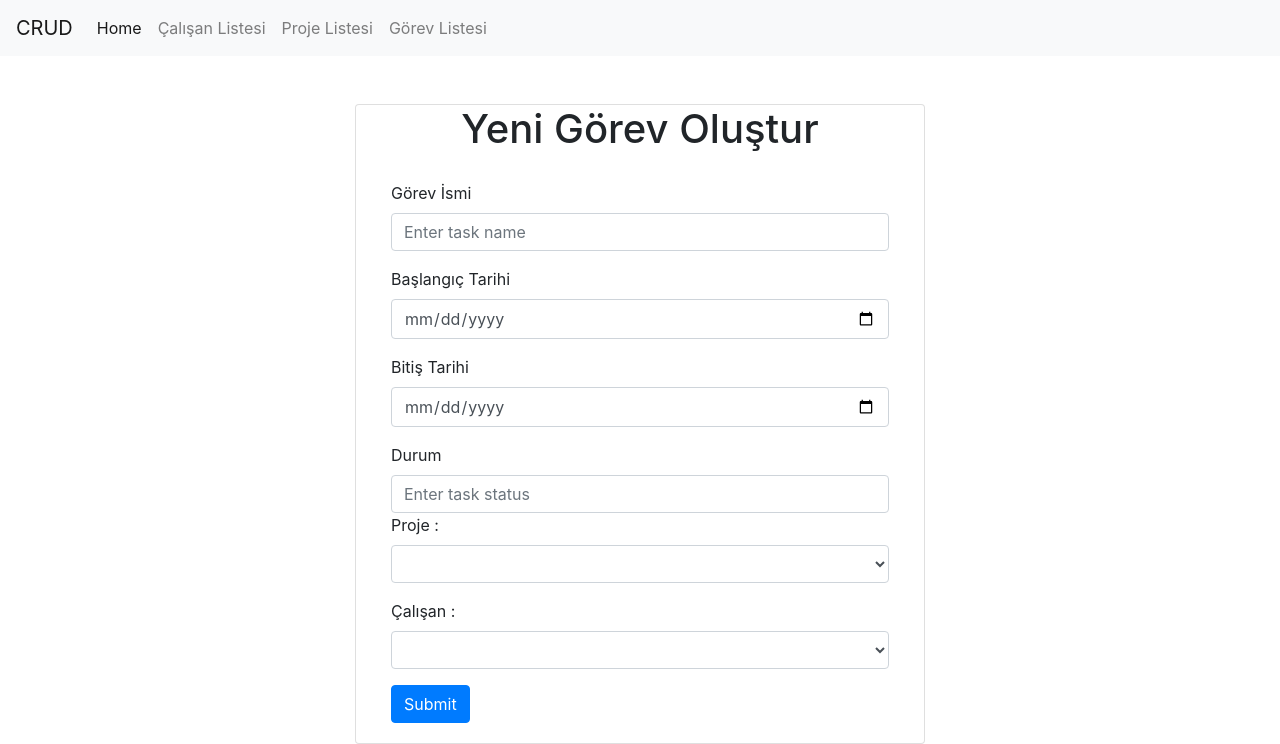
Repository: AhmetOzgul/veri_Taban-_proje
Page: http://localhost/create_task
An editor plug-in stored every save of this project. The page is shown before and after the next save, followed by the edit.
The browser window is 1280 px wide. The pictures show the whole page.
The page is this project's Thymeleaf template; nobody is signed in. The template is opened directly, without the code that normally fills it, so the values that code supplies are empty.

Above is the page before, as saved 2024-01-17 21:01:39.

After the next save:
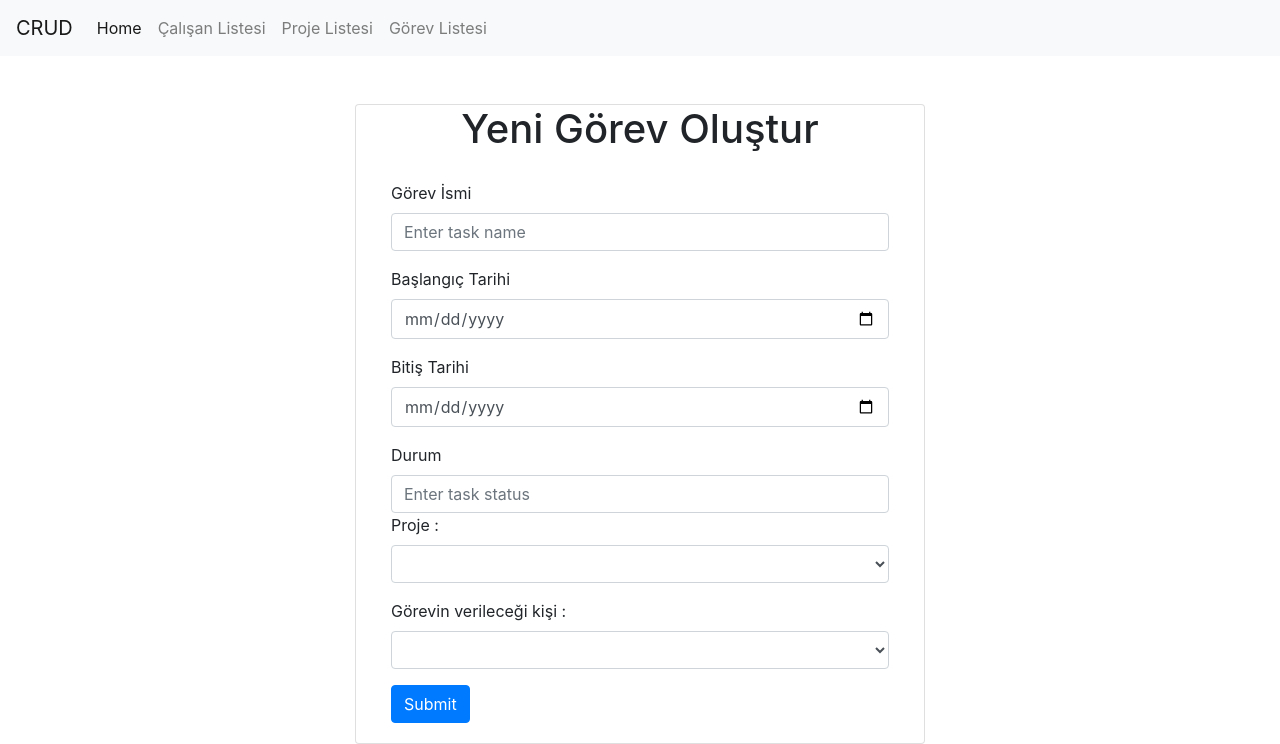
Saved 36 s later.
--- a/vtys2/vtys/src/main/resources/templates/create_task.html
+++ b/vtys2/vtys/src/main/resources/templates/create_task.html
@@ -88,7 +88,7 @@
 							</div>
 
 							<div class="form-group">
-								<label for="user">Çalışan :</label>
+								<label for="user">Görevin verileceği kişi :</label>
 								<select id="user" name="user" class="form-control" required>
 									<option th:each="user : ${user}" th:value="${user.id}" th:text="${user.firstName}"></option>
 								</select>
